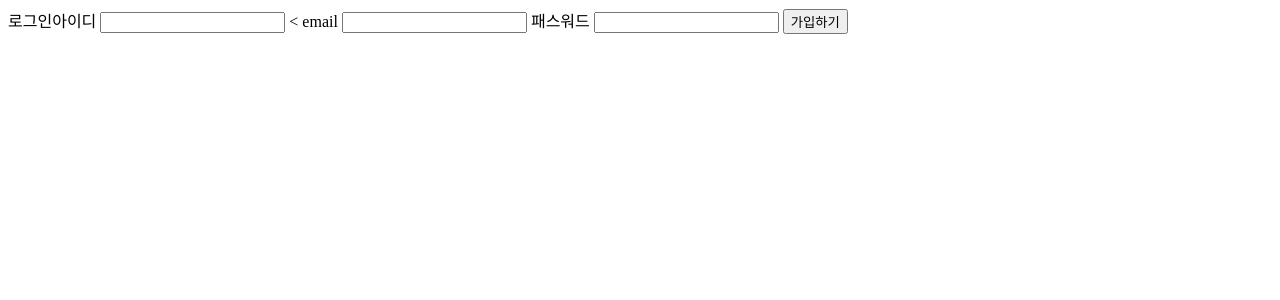
Repository: 2018YoungJinCollege-Com-3WDJ-3Group/WebCode
Page: http://localhost/register
The author's editor kept a record of every edit. The page is drawn from the files as they stood at one moment, then again after the next edit.
The browser window is 1280 px wide. The pictures show the whole page.
The page is served by the project's Laravel application, run on PHP 8.4 with Laravel 8. Other server files are loaded and not shown.

Above is the page before.

### 20180326/project/routes/web.php
<?php

/*
|--------------------------------------------------------------------------
| Web Routes
|--------------------------------------------------------------------------
|
| Here is where you can register web routes for your application. These
| routes are loaded by the RouteServiceProvider within a group which
| contains the "web" middleware group. Now create something great!
|
*/
//개인적으로 쓰이는 test파일 경로
Route::get('minsuk',function(){
   return view('minsuk');
});



Route::get('/test',function(){
    return view('test');
});
//사이트 접속시 첫 페이지
Route::get('/', function (){
    return view('project');
});

//mobile게시판 라우트
Route::resource('Msellboard','MoblieSellBoardController');
//게시판라우트
Route::resource('sellboard','SellBoardController');
//게시판 검색 라우트
Route::get('sellboard/search','SellBoardController@search')->name('sellboard.search');

//메인페이지 라우트
Route::resource('main','MainController');
//메인페이지 외부악보 라우트
Route::post('main/transfer','MainController@transfer')->name('upload');



//로그인 계정 관리
Route::get('login','Auth\LoginController@getLogin')->name('getLogin');
Route::post('login','Auth\LoginController@postlogin')->name('postLogin');
Route::get('logout','Auth\LoginController@getLogout')->name('getLogout');
Route::get('register','Auth\RegisterController@getRegister')->name('getRegister');
Route::post('register','Auth\RegisterController@postRegister')->name('postRegister');
//Route::post('duplication','Auth\RegisterController@namecheck')->name('duplication');

//패스워드 초기화 링크 요청 routes..
Route::get('password/email','Auth\ResetPasswordController@getEmail')->name('getEmail');
Route::post('password/email','Auth\ResetPasswordController@postEmail')->name('postEmail');
//패스워드 초기화
Route::get('password/reset/{token}','Auth\ResetPasswordController@getReset')->name('getReset');
Route::post('password/reset','Auth\ResetPasswordController@postReset')->name('postReset');
//마이 악보 페이지 보여주기
Route::get('score','PersonalController@getScore')->name('getScore');

### 20180326/project/app/Http/Controllers/Auth/RegisterController.php
<?php

namespace App\Http\Controllers\Auth;
use DB;
use App\User;
use Illuminate\Http\Request;
use App\Http\Controllers\Controller;
use Illuminate\Support\Facades\Validator;
use Illuminate\Foundation\Auth\RegistersUsers;

class RegisterController extends Controller
{
    /*
    |--------------------------------------------------------------------------
    | Register Controller
    |--------------------------------------------------------------------------
    |
    | This controller handles the registration of new users as well as their
    | validation and creation. By default this controller uses a trait to
    | provide this functionality without requiring any additional code.
    |
    */

    use RegistersUsers;

    /**
     * Where to redirect users after registration.
     *
     * @var string
     */
    protected $redirectTo = '/home';

    /**
     * Create a new controller instance.
     *
     * @return void
     */
    public function __construct()
    {
        $this->middleware('guest');
    }

    /**
     * Get a validator for an incoming registration request.
     *
     * @param  array  $data
     * @return \Illuminate\Contracts\Validation\Validator
     */
    protected function validator(array $data)
    {
        return Validator::make($data, [
            'name' => 'required|string|max:255',
            'email' => 'required|string|email|max:255|unique:users',
            'password' => 'required|string|min:6|confirmed',
        ]);
    }

    /**
     * Create a new user instance after a valid registration.
     *
     * @param  array  $data
     * @return \App\User
     */
    protected function create(array $data)
    {
        return User::create([
            'name' => $data['name'],
            'email' => $data['email'],
            'password' => bcrypt($data['password']),
        ]);
    }
    //가입 페이지 이동
    protected function getRegister()
    {
        return view('user.register');
    }
    //가입 실행
    protected function postRegister(Request $request)
    {
        $validator=Validator::make($request->all(),User::$rules);

        if($validator->fails())
        {
            return redirect()->back()->withErrors($validator->errors())->withInput();
        }

        $post=new User();
        $post->name=$request->get('name');
        $post->password=$request->get('password');
        $post->email=$request->get('email');
         $post->save();
         $user = DB::table('users')->where('name',  $post->name)->first();
         $temp=json_encode($user);
         return redirect('/');
    }
    //중복확인 실행
    protected function namecheck(Request $request)
    {
        $name=$request->get('name');
        $bool=DB::table('users')->where('name', $name)->exists();
        if($bool==true){
            //모바일
            /*$arr=array('exists'=>true);
            return json_encode($arr);*/
        }
        else{
        /*모바일
        $arr=array('exists'=>false);
            return json_encode($arr);*/
        }
    }
}

### 20180326/project/resources/views/user/register.blade.php
<html>
    <body>
        <form method="post" action="{{route('postRegister')}}">
            <!-- <input type="hidden" name="_token" value="{{csrf_token()}}">-->
            <label>로그인아이디</label>
            <input type='text' name='name'>
            <<!--button onclick="name_check()">중복체크</button>-->
            <label>email</label>
            <input type='text' name='email'>
            <label for="password">패스워드</label>
            <input type="password" name="password"/>
            <input type="submit" value='가입하기'/>
        </form>
        @if($errors->any())
        <div class="alert alert-danger" role="alert">
            <span class="glyphicon glyphicon-exclamation-sign"></span>
            <span class="sr-only">Error:</span>
            @foreach($errors->all() as $message)
                {{$message}}
            @endforeach
        </div>
    @endif
    </body>
</html>

Loaded but not shown: 20180326/project/app/Http/Controllers/Controller.php (common file)

After the next edit:
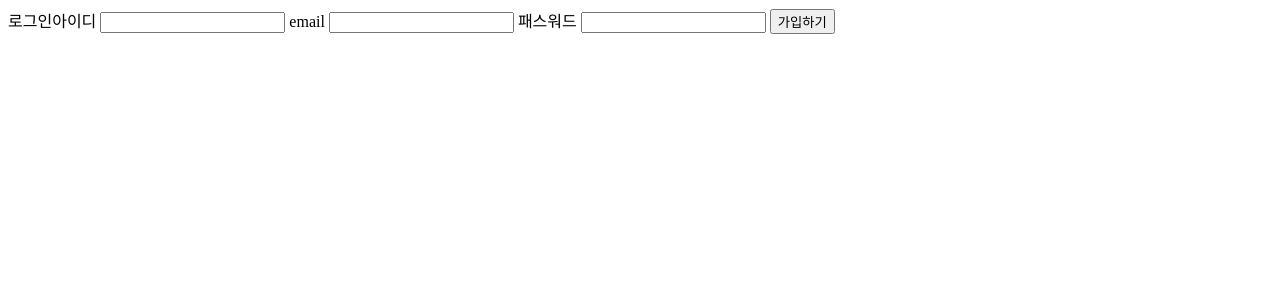
The edit:
--- a/20180326/project/resources/views/user/register.blade.php
+++ b/20180326/project/resources/views/user/register.blade.php
@@ -3,8 +3,8 @@
         <form method="post" action="{{route('postRegister')}}">
             <!-- <input type="hidden" name="_token" value="{{csrf_token()}}">-->
             <label>로그인아이디</label>
-            <input type='text' name='name'>
-            <<!--button onclick="name_check()">중복체크</button>-->
+            <input type='text' name='name' value="{{old('name')}}">
+            <!--button onclick="name_check()">중복체크</button>-->
             <label>email</label>
             <input type='text' name='email'>
             <label for="password">패스워드</label>
